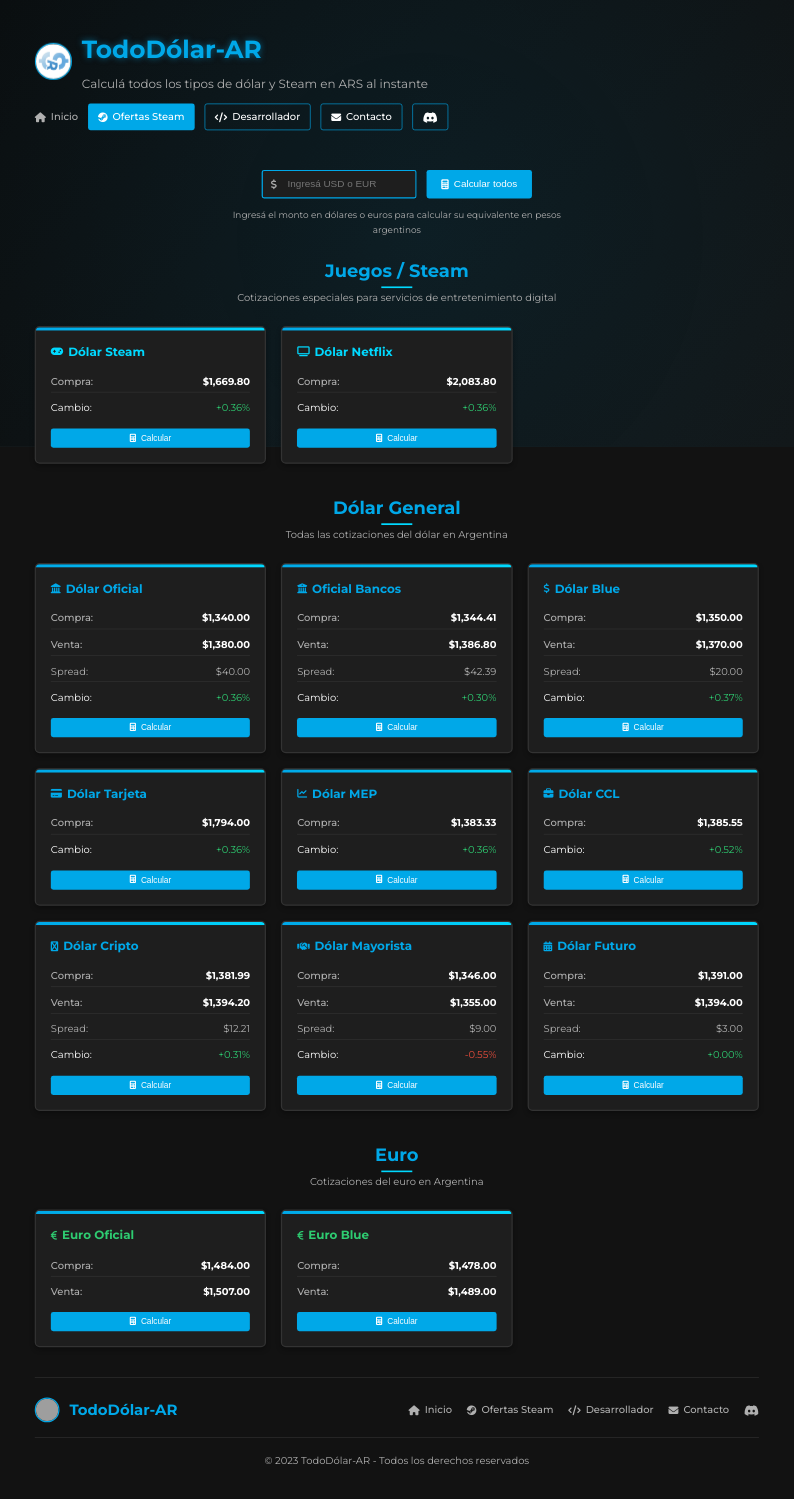
Repository: FabriDevelope/todod-lar-ar
Page: inicio/index.html
These files come from the project's save history. The page is drawn as it stood at one moment and after the next save; the edit follows.
The browser window is 1280 px wide. The pictures show the whole page, at 62% of full size.
Pictures or frames that could not be fetched are drawn as grey boxes.

Above is the page before, as saved 2025-09-06 21:24:41.

### inicio/index.html
<!DOCTYPE html>
<html lang="es">
<head>
    <meta charset="UTF-8">
    <meta name="viewport" content="width=device-width, initial-scale=1.0">
    <title>TodoDólar-AR - Calculá todos los tipos de dólar y Steam en ARS al instante</title>
    <link rel="stylesheet" href="../css/style.css">
    <link rel="icon" type="image/png" href="favicon.png">
    <link href="https://fonts.googleapis.com/css2?family=Montserrat:wght@400;500;700&display=swap" rel="stylesheet">
    <link rel="stylesheet" href="https://cdnjs.cloudflare.com/ajax/libs/font-awesome/6.4.0/css/all.min.css">
</head>
<body>
    <!-- Fondo animado -->
    <div class="animated-bg"></div>

    <div class="container">
        <!-- Header -->
        <header class="header">
            <div class="header-content">
                <div class="header-logo">
                    <img src="../logo/logo.png" alt="TodoDólar-AR Logo" class="logo-img">
                    <div>
                        <h1 class="header-title">TodoDólar-AR</h1>
                        <p class="header-subtitle">Calculá todos los tipos de dólar y Steam en ARS al instante</p>
                    </div>
                </div>
                <div class="header-links">
                    <a href="index.html" class="footer-link">
                        <i class="fas fa-home"></i> Inicio
                    </a>
                    <a href="../ofertas-steam/index.html" target="_blank" class="steam-btn">
                        <i class="fab fa-steam"></i> Ofertas Steam
                    </a>
                    <a href="../desarrollador/index.html" target="_blank" class="dev-link">
                        <i class="fas fa-code"></i> Desarrollador
                    </a>
                    <a href="../contacto/index.html" class="dev-link">
                        <i class="fas fa-envelope"></i> Contacto
                    </a>
                    <a href="../discord-invite/index.html" target="_blank" class="dev-link discord-link">
                        <i class="fab fa-discord"></i>
                    </a>
                </div>
            </div>
        </header>

        <!-- Input de cálculo -->
        <section class="calculation-section">
            <div class="input-container">
                <div class="input-group">
                    <i class="fas fa-dollar-sign input-icon"></i>
                    <input type="number" id="currency-input" placeholder="Ingresá USD o EUR" step="0.01" min="0">
                </div>
                <button id="calculate-all-btn" class="calculate-btn">
                    <i class="fas fa-calculator"></i> Calcular todos
                </button>
            </div>
            <p class="input-description">Ingresá el monto en dólares o euros para calcular su equivalente en pesos argentinos</p>
        </section>

        <!-- Tarjetas de Juegos/Steam -->
        <section class="card-section">
            <div class="section-header">
                <h2 class="section-title">Juegos / Steam</h2>
                <p class="section-description">Cotizaciones especiales para servicios de entretenimiento digital</p>
            </div>
            <div class="cards-grid" id="steam-cards">
                <!-- Las tarjetas se generarán con JavaScript -->
            </div>
        </section>

        <!-- Tarjetas de Dólar General -->
        <section class="card-section">
            <div class="section-header">
                <h2 class="section-title">Dólar General</h2>
                <p class="section-description">Todas las cotizaciones del dólar en Argentina</p>
            </div>
            <div class="cards-grid" id="general-cards">
                <!-- Las tarjetas se generarán con JavaScript -->
            </div>
        </section>

        <!-- Tarjetas de Euro -->
        <section class="card-section">
            <div class="section-header">
                <h2 class="section-title">Euro</h2>
                <p class="section-description">Cotizaciones del euro en Argentina</p>
            </div>
            <div class="cards-grid" id="euro-cards">
                <!-- Las tarjetas se generarán con JavaScript -->
            </div>
        </section>

        <!-- Footer -->
        <footer class="footer">
            <div class="footer-content">
                <div class="footer-logo">
                    <img src="https://i.imgur.com/8zXZJ7I.png" alt="TodoDólar-AR Logo" class="footer-logo-img">
                    <span class="footer-title">TodoDólar-AR</span>
                </div>
                <div class="footer-links">
                    <a href="index.html" class="footer-link">
                        <i class="fas fa-home"></i> Inicio
                    </a>
                    <a href="https://store.steampowered.com/search/?filter=topsellers&specials=1" target="_blank" class="footer-link">
                        <i class="fab fa-steam"></i> Ofertas Steam
                    </a>
                    <a href="https://fabridevs.netlify.app" target="_blank" class="footer-link">
                        <i class="fas fa-code"></i> Desarrollador
                    </a>
                    <a href="contacto/index.html" class="footer-link">
                        <i class="fas fa-envelope"></i> Contacto
                    </a>
                    <a href="https://discord.gg/your-invite-code" target="_blank" class="footer-link discord-link">
                        <i class="fab fa-discord"></i>
                    </a>
                </div>
            </div>
            <div class="footer-bottom">
                <p>&copy; 2023 TodoDólar-AR - Todos los derechos reservados</p>
            </div>
        </footer>
    </div>

    <!-- Modal para cálculo específico -->
    <div id="calc-modal" class="modal">
        <div class="modal-content">
            <div class="modal-header">
                <h3 class="modal-title" id="modal-title">Calculadora de Moneda</h3>
                <button class="modal-close-btn" id="modal-close-btn">
                    <i class="fas fa-times"></i>
                </button>
            </div>
            <div class="modal-body">
                <div class="calc-section">
                    <h4>ARS a <span id="currency-name">Moneda</span></h4>
                    <div class="calc-input-group">
                        <input type="number" id="ars-input" placeholder="Ingresá ARS" step="0.01" min="0">
                        <button class="calc-btn" id="ars-to-currency-btn">Calcular</button>
                    </div>
                    <div class="calc-result" id="ars-to-currency-result">
                        <span class="result-label">Resultado:</span>
                        <span class="result-value">0.00</span>
                    </div>
                </div>
                <div class="calc-section">
                    <h4><span id="currency-name-2">Moneda</span> a ARS</h4>
                    <div class="calc-input-group">
                        <input type="number" id="currency-input-modal" placeholder="Ingresá monto" step="0.01" min="0">
                        <button class="calc-btn" id="currency-to-ars-btn">Calcular</button>
                    </div>
                    <div class="calc-result" id="currency-to-ars-result">
                        <span class="result-label">Resultado:</span>
                        <span class="result-value">$0.00</span>
                    </div>
                </div>
            </div>
            <div class="modal-footer">
                <button class="modal-close-footer-btn" id="modal-close-footer-btn">Cerrar</button>
            </div>
        </div>
    </div>

    <script src="../js/script.js"></script>
</body>
</html>

### css/style.css
:root {
    --primary-color: #00a8e8; /* Celeste */
    --secondary-color: #005792; /* Azul oscuro */
    --accent-color: #00d9ff; /* Celeste más brillante */
    --dark-bg: #121212; /* Fondo oscuro */
    --darker-bg: #0a0a0a; /* Fondo más oscuro */
    --card-bg: #1e1e1e; /* Fondo de tarjetas */
    --light-text: #ffffff; /* Texto claro */
    --medium-text: #b0b0b0; /* Texto medio */
    --border-color: #333333; /* Color de bordes */
    --shadow: 0 4px 8px rgba(0, 0, 0, 0.3);
    --hover-shadow: 0 8px 16px rgba(0, 0, 0, 0.5);
    --transition: all 0.3s ease;
}

* {
    margin: 0;
    padding: 0;
    box-sizing: border-box;
}

body {
    font-family: 'Montserrat', sans-serif;
    background-color: var(--dark-bg);
    color: var(--light-text);
    line-height: 1.6;
    overflow-x: hidden;
    position: relative;
}

/* Fondo animado */
.animated-bg {
    position: fixed;
    top: 0;
    left: 0;
    width: 100%;
    height: 100%;
    z-index: -1;
    background: linear-gradient(135deg, #0a0a0a 0%, #121212 100%);
    overflow: hidden;
}

.animated-bg::before {
    content: '';
    position: absolute;
    top: -50%;
    left: -50%;
    width: 200%;
    height: 200%;
    background: radial-gradient(circle, rgba(0, 168, 232, 0.1) 0%, transparent 70%);
    animation: pulse 15s infinite alternate;
}

@keyframes pulse {
    0% {
        transform: translate(-10%, -10%) rotate(0deg);
    }
    100% {
        transform: translate(10%, 10%) rotate(360deg);
    }
}

.container {
    max-width: 1200px;
    margin: 0 auto;
    padding: 1rem;
    position: relative;
    z-index: 1;
}

/* Header Styles */
.header {
    padding: 2rem 0;
    animation: fadeIn 1s ease-in-out;
}

@keyframes fadeIn {
    from { opacity: 0; transform: translateY(-20px); }
    to { opacity: 1; transform: translateY(0); }
}

.header-content {
    display: flex;
    justify-content: space-between;
    align-items: center;
    flex-wrap: wrap;
    gap: 1rem;
}

.header-logo {
    display: flex;
    align-items: center;
    gap: 1rem;
}

.logo-img {
    width: 60px;
    height: 60px;
    border-radius: 50%;
    border: 2px solid var(--primary-color);
    animation: rotate 20s infinite linear;
}

@keyframes rotate {
    from { transform: rotate(0deg); }
    to { transform: rotate(360deg); }
}

.header-title {
    font-size: 2.5rem;
    font-weight: 700;
    color: var(--primary-color);
    margin-bottom: 0.5rem;
    text-shadow: 0 0 10px rgba(0, 168, 232, 0.5);
}

.header-subtitle {
    font-size: 1.2rem;
    color: var(--medium-text);
}

.header-links {
    display: flex;
    gap: 1rem;
}

.dev-link {
    color: var(--light-text);
    text-decoration: none;
    font-weight: 500;
    padding: 0.5rem 1rem;
    border: 1px solid var(--primary-color);
    border-radius: 4px;
    transition: var(--transition);
    display: flex;
    align-items: center;
    gap: 0.5rem;
}

.dev-link:hover {
    background-color: var(--primary-color);
    color: var(--dark-bg);
    transform: translateY(-2px);
}

.steam-btn, .back-btn {
    background-color: var(--primary-color);
    color: var(--light-text);
    border: none;
    padding: 0.5rem 1rem;
    border-radius: 4px;
    font-weight: 500;
    cursor: pointer;
    text-decoration: none;
    display: inline-flex;
    align-items: center;
    gap: 0.5rem;
    transition: var(--transition);
}

.steam-btn:hover, .back-btn:hover {
    background-color: var(--secondary-color);
    transform: translateY(-2px);
}

/* Input Section */
.calculation-section {
    margin: 2rem 0;
    text-align: center;
}

.input-container {
    display: flex;
    justify-content: center;
    gap: 1rem;
    flex-wrap: wrap;
    margin-bottom: 1rem;
}

.input-group {
    position: relative;
    display: flex;
    align-items: center;
}

.input-icon {
    position: absolute;
    left: 15px;
    color: var(--medium-text);
}

#currency-input {
    padding: 0.75rem 0.75rem 0.75rem 40px;
    border: 2px solid var(--primary-color);
    border-radius: 4px;
    font-size: 1rem;
    width: 250px;
    background-color: var(--card-bg);
    color: var(--light-text);
    transition: var(--transition);
}

#currency-input:focus {
    outline: none;
    border-color: var(--accent-color);
    box-shadow: 0 0 10px rgba(0, 217, 255, 0.3);
}

.input-description {
    color: var(--medium-text);
    font-size: 0.9rem;
    max-width: 600px;
    margin: 0 auto;
}

.calculate-btn {
    background-color: var(--primary-color);
    color: var(--light-text);
    border: none;
    padding: 0.75rem 1.5rem;
    border-radius: 4px;
    font-size: 1rem;
    font-weight: 500;
    cursor: pointer;
    transition: var(--transition);
    display: flex;
    align-items: center;
    gap: 0.5rem;
}

.calculate-btn:hover {
    background-color: var(--secondary-color);
    transform: translateY(-2px);
}

/* Card Section */
.section-header {
    text-align: center;
    margin-bottom: 2rem;
}

.section-title {
    font-size: 1.8rem;
    font-weight: 700;
    color: var(--primary-color);
    margin-bottom: 0.5rem;
    position: relative;
    display: inline-block;
}

.section-title::after {
    content: '';
    position: absolute;
    bottom: -5px;
    left: 50%;
    transform: translateX(-50%);
    width: 50px;
    height: 3px;
    background-color: var(--accent-color);
}

.section-description {
    color: var(--medium-text);
    max-width: 600px;
    margin: 0 auto;
}

.cards-grid {
    display: grid;
    grid-template-columns: repeat(auto-fill, minmax(280px, 1fr));
    gap: 1.5rem;
    margin-bottom: 3rem;
}

.card {
    background-color: var(--card-bg);
    border: 2px solid var(--border-color);
    border-radius: 8px;
    padding: 1.5rem;
    box-shadow: var(--shadow);
    transition: var(--transition);
    animation: fadeInUp 0.5s ease-in-out;
    position: relative;
    overflow: hidden;
}

@keyframes fadeInUp {
    from { opacity: 0; transform: translateY(20px); }
    to { opacity: 1; transform: translateY(0); }
}

.card::before {
    content: '';
    position: absolute;
    top: 0;
    left: 0;
    width: 100%;
    height: 5px;
    background: linear-gradient(90deg, var(--primary-color), var(--accent-color));
}

.card:hover {
    transform: translateY(-5px);
    box-shadow: var(--hover-shadow);
    border-color: var(--primary-color);
}

.card-title {
    font-size: 1.2rem;
    font-weight: 700;
    margin-bottom: 1rem;
    display: flex;
    align-items: center;
    gap: 0.5rem;
}

.card-title i {
    font-size: 1rem;
}

.card-values {
    margin-bottom: 1rem;
}

.card-value {
    display: flex;
    justify-content: space-between;
    margin-bottom: 0.5rem;
    padding: 0.25rem 0;
    border-bottom: 1px solid var(--border-color);
}

.card-value:last-child {
    border-bottom: none;
}

.card-value span:first-child {
    font-weight: 500;
    color: var(--medium-text);
}

.card-value span:last-child {
    font-weight: 700;
    color: var(--light-text);
}

.card-spread {
    display: flex;
    justify-content: space-between;
    margin-bottom: 0.5rem;
    color: var(--medium-text);
    padding: 0.25rem 0;
    border-bottom: 1px solid var(--border-color);
}

.card-change {
    display: flex;
    justify-content: space-between;
    margin-bottom: 1rem;
    padding: 0.25rem 0;
}

.positive {
    color: #2ecc71;
}

.negative {
    color: #e74c3c;
}

.card-btn {
    background-color: var(--primary-color);
    color: var(--light-text);
    border: none;
    padding: 0.5rem 1rem;
    border-radius: 4px;
    font-weight: 500;
    cursor: pointer;
    width: 100%;
    transition: var(--transition);
    display: flex;
    align-items: center;
    justify-content: center;
    gap: 0.5rem;
}

.card-btn:hover {
    background-color: var(--secondary-color);
}

/* Modal Styles */
.modal {
    display: none;
    position: fixed;
    top: 0;
    left: 0;
    width: 100%;
    height: 100%;
    background-color: rgba(0, 0, 0, 0.8);
    z-index: 1000;
    animation: fadeIn 0.3s ease-in-out;
}

.modal-content {
    position: relative;
    background-color: var(--card-bg);
    margin: 5% auto;
    padding: 0;
    border: 2px solid var(--primary-color);
    border-radius: 8px;
    width: 90%;
    max-width: 500px;
    box-shadow: var(--hover-shadow);
    animation: slideIn 0.3s ease-in-out;
}

@keyframes slideIn {
    from { transform: translateY(-50px); opacity: 0; }
    to { transform: translateY(0); opacity: 1; }
}

.modal-header {
    display: flex;
    justify-content: space-between;
    align-items: center;
    padding: 1rem;
    border-bottom: 1px solid var(--border-color);
}

.modal-title {
    font-size: 1.5rem;
    font-weight: 700;
    color: var(--primary-color);
}

.modal-close-btn {
    background: none;
    border: none;
    color: var(--medium-text);
    font-size: 1.5rem;
    cursor: pointer;
    transition: var(--transition);
}

.modal-close-btn:hover {
    color: var(--light-text);
}

.modal-body {
    padding: 1.5rem;
}

.calc-section {
    margin-bottom: 1.5rem;
}

.calc-section:last-child {
    margin-bottom: 0;
}

.calc-section h4 {
    font-size: 1.2rem;
    margin-bottom: 1rem;
    color: var(--light-text);
}

.calc-input-group {
    display: flex;
    gap: 0.5rem;
    margin-bottom: 1rem;
}

.calc-input-group input {
    flex: 1;
    padding: 0.75rem;
    border: 2px solid var(--border-color);
    border-radius: 4px;
    font-size: 1rem;
    background-color: var(--dark-bg);
    color: var(--light-text);
    transition: var(--transition);
}

.calc-input-group input:focus {
    outline: none;
    border-color: var(--primary-color);
}

.calc-btn {
    background-color: var(--primary-color);
    color: var(--light-text);
    border: none;
    padding: 0.75rem 1rem;
    border-radius: 4px;
    font-weight: 500;
    cursor: pointer;
    transition: var(--transition);
}

.calc-btn:hover {
    background-color: var(--secondary-color);
}

.calc-result {
    padding: 0.75rem;
    background-color: var(--dark-bg);
    border-radius: 4px;
    border: 1px solid var(--border-color);
}

.result-label {
    font-weight: 500;
    color: var(--medium-text);
}

.result-value {
    font-weight: 700;
    color: var(--primary-color);
    font-size: 1.1rem;
}

.modal-footer {
    padding: 1rem;
    border-top: 1px solid var(--border-color);
    text-align: right;
}

.modal-close-footer-btn {
    background-color: var(--primary-color);
    color: var(--light-text);
    border: none;
    padding: 0.5rem 1.5rem;
    border-radius: 4px;
    font-weight: 500;
    cursor: pointer;
    transition: var(--transition);
}

.modal-close-footer-btn:hover {
    background-color: var(--secondary-color);
}

/* Footer */
.footer {
    margin-top: 3rem;
    padding: 2rem 0;
    border-top: 1px solid var(--border-color);
}

.footer-content {
    display: flex;
    justify-content: space-between;
    align-items: center;
    flex-wrap: wrap;
    gap: 2rem;
    margin-bottom: 1.5rem;
}

.footer-logo {
    display: flex;
    align-items: center;
    gap: 1rem;
}

.footer-logo-img {
    width: 40px;
    height: 40px;
    border-radius: 50%;
    border: 2px solid var(--primary-color);
}

.footer-title {
    font-size: 1.5rem;
    font-weight: 700;
    color: var(--primary-color);
}

.footer-links {
    display: flex;
    gap: 1.5rem;
    flex-wrap: wrap;
}

.footer-link {
    color: var(--medium-text);
    text-decoration: none;
    font-weight: 500;
    transition: var(--transition);
    display: flex;
    align-items: center;
    gap: 0.5rem;
}

.footer-link:hover {
    color: var(--primary-color);
}

.discord-link {
    font-size: 1.2rem;
}

.footer-bottom {
    text-align: center;
    padding-top: 1.5rem;
    border-top: 1px solid var(--border-color);
    color: var(--medium-text);
}

/* Contact Form Styles */
.contact-section {
    margin: 2rem 0;
}

.contact-container {
    display: flex;
    gap: 2rem;
    flex-wrap: wrap;
}

.contact-info {
    flex: 1;
    min-width: 300px;
    background-color: var(--card-bg);
    border-radius: 8px;
    padding: 2rem;
    box-shadow: var(--shadow);
}

.contact-title {
    font-size: 1.8rem;
    font-weight: 700;
    color: var(--primary-color);
    margin-bottom: 1rem;
}

.contact-description {
    color: var(--medium-text);
    margin-bottom: 1.5rem;
}

.contact-details {
    display: flex;
    flex-direction: column;
    gap: 1rem;
}

.contact-item {
    display: flex;
    align-items: center;
    gap: 1rem;
    color: var(--medium-text);
}

.contact-item i {
    color: var(--primary-color);
    font-size: 1.2rem;
}

.contact-form-container {
    flex: 1;
    min-width: 300px;
    background-color: var(--card-bg);
    border-radius: 8px;
    padding: 2rem;
    box-shadow: var(--shadow);
}

.contact-form-title {
    font-size: 1.8rem;
    font-weight: 700;
    color: var(--primary-color);
    margin-bottom: 1.5rem;
}

.contact-form {
    display: flex;
    flex-direction: column;
    gap: 1.5rem;
}

.form-group {
    display: flex;
    flex-direction: column;
    gap: 0.5rem;
}

.form-group label {
    font-weight: 500;
    color: var(--medium-text);
}

.form-group input,
.form-group textarea {
    padding: 0.75rem;
    border: 2px solid var(--border-color);
    border-radius: 4px;
    font-size: 1rem;
    background-color: var(--dark-bg);
    color: var(--light-text);
    transition: var(--transition);
}

.form-group input:focus,
.form-group textarea:focus {
    outline: none;
    border-color: var(--primary-color);
}

.submit-btn {
    background-color: var(--primary-color);
    color: var(--light-text);
    border: none;
    padding: 0.75rem 1.5rem;
    border-radius: 4px;
    font-size: 1rem;
    font-weight: 500;
    cursor: pointer;
    transition: var(--transition);
    align-self: center;
    display: flex;
    align-items: center;
    gap: 0.5rem;
}

.submit-btn:hover {
    background-color: var(--secondary-color);
}

/* Responsive Design */
@media (max-width: 768px) {
    .header-content {
        flex-direction: column;
        text-align: center;
    }

    .header-title {
        font-size: 2rem;
    }

    .header-subtitle {
        font-size: 1rem;
    }

    .input-container {
        flex-direction: column;
        align-items: center;
    }

    #currency-input {
        width: 100%;
        max-width: 300px;
    }

    .cards-grid {
        grid-template-columns: repeat(auto-fill, minmax(250px, 1fr));
    }

    .footer-content {
        flex-direction: column;
        text-align: center;
    }

    .contact-container {
        flex-direction: column;
    }
}

Loaded but not shown: js/script.js (380 lines, source omitted)

After the next save:
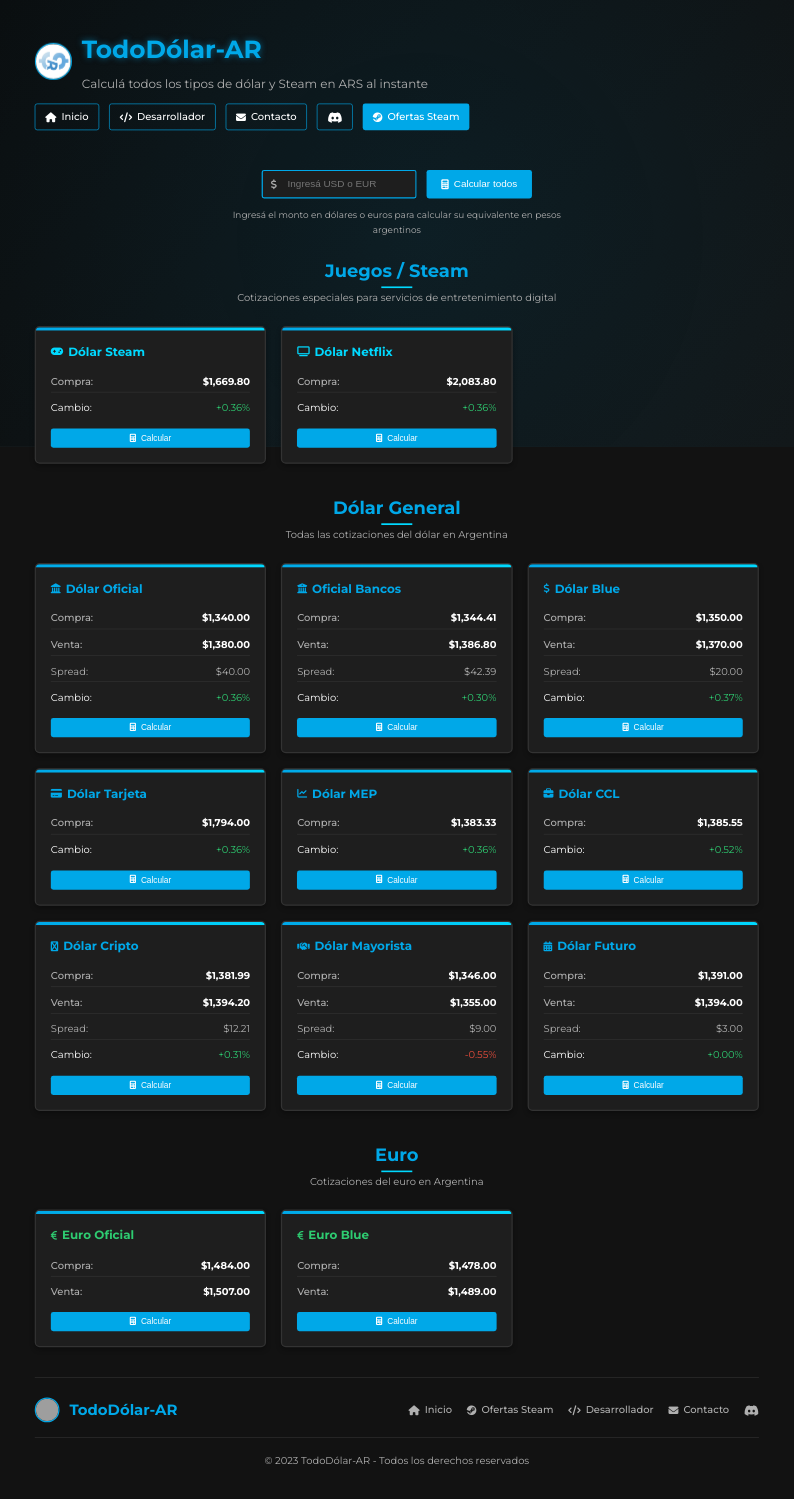
Saved 21 s later.
--- a/inicio/index.html
+++ b/inicio/index.html
@@ -25,11 +25,8 @@
                     </div>
                 </div>
                 <div class="header-links">
-                    <a href="index.html" class="footer-link">
+                    <a href="index.html" class="dev-link">
                         <i class="fas fa-home"></i> Inicio
-                    </a>
-                    <a href="../ofertas-steam/index.html" target="_blank" class="steam-btn">
-                        <i class="fab fa-steam"></i> Ofertas Steam
                     </a>
                     <a href="../desarrollador/index.html" target="_blank" class="dev-link">
                         <i class="fas fa-code"></i> Desarrollador
@@ -39,6 +36,9 @@
                     </a>
                     <a href="../discord-invite/index.html" target="_blank" class="dev-link discord-link">
                         <i class="fab fa-discord"></i>
+                    </a>
+                    <a href="../ofertas-steam/index.html" target="_blank" class="steam-btn">
+                        <i class="fab fa-steam"></i> Ofertas Steam
                     </a>
                 </div>
             </div>
